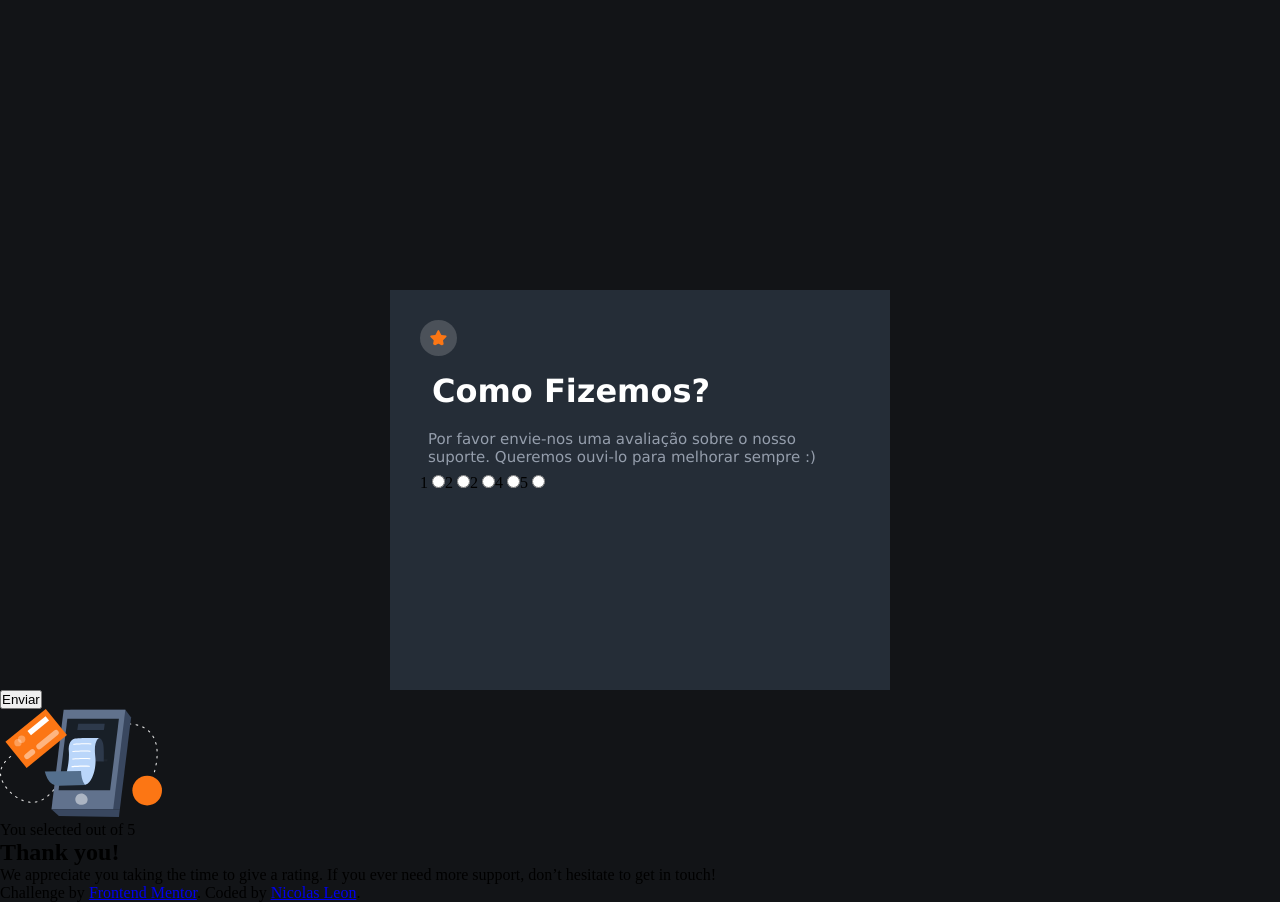
Repository: Leonngc/projeto-avaliacao
Page: index.html
The author's editor kept a copy of each file at every save. The page is drawn from the files as they stood at one save, then again after the next save.
The browser window is 1280 px wide. The pictures show the whole page.

Above is the page before, as saved 2023-01-29 20:42:37.
Console error: SyntaxError: Unexpected token ')'

### index.html
<!DOCTYPE html>
<html lang="pt-br">

<head>
  <meta charset="UTF-8">
  <meta name="viewport" content="width=device-width, initial-scale=1.0">
  <!-- displays site properly based on user's device -->

  <link rel="icon" type="image/png" sizes="32x32" href="./images/favicon-32x32.png">
  <script src="js/index.js" defer></script>

  <title>Frontend Mentor | Interactive rating component</title>

  <link rel="stylesheet" href="styles/style.css">
</head>

<body>

  <!-- Rating state start -->
  <div id="card">
    <img src="images/icon-star.svg" alt="" id="icon">
    <div id="mensage">
      <h1>Como Fizemos?</h1>
      <p>Por favor envie-nos uma avaliação sobre o nosso suporte. Queremos ouvi-lo para melhorar sempre :)</p>
    </div>
    <form id="ratting">
      <div>
        <label for="ratting-one">1</label> <input type="radio" class="ratting-btn" id="ratting-one" name="ratting">
      </div>
      <div>
        <label for="ratting-two">2</label> <input type="radio" class="ratting-btn" id="ratting-two" name="ratting">
      </div>
      <div>
        <label for="ratting-three">2</label> <input type="radio" class="ratting-btn" id="ratting-three" name="ratting">
      </div>
      <div>
        <label for="ratting-four">4</label> <input type="radio" class="ratting-btn" id="ratting-four" name="ratting">
      </div>
      <div>
        <label for="ratting-five">5</label> <input type="radio" class="ratting-btn" id="ratting-five" name="ratting">
      </div>
    </div>
       <input type="submit" value="Enviar" onclick="sent()" id="">
  </form>

  <!-- Rating state end -->

  <!-- Thank you state start -->

  <section id="result-avaliation" class="avaliation-form">
    <div id="thank-image">
      <img src="images/illustration-thank-you.svg" alt="">
    </div>


    <p id="avaliation-user">You selected <!--ratting result --> out of 5</p>
    <h1>Thank you!</h1>
    <p id="thanks-mensage">
      We appreciate you taking the time to give a rating. If you ever need more support,
      don’t hesitate to get in touch!
    </p>
  </section>

  <!-- Thank you state end -->


  <footer class="attribution">
    Challenge by <a href="https://www.frontendmentor.io?ref=challenge" target="_blank">Frontend Mentor</a>.
    Coded by <a href="#">Nicolas Leon</a>.
  </footer>
</body>

</html>

### js/index.js
switch () {
    case value:

        break;

    default:
        break;
}

### styles/style.css
:root {
  --very-dark-blue: hsl(216, 12%, 8%);
  --dark-blue: hsl(213, 19%, 18%);
  --medium-grey: hsl(216, 12%, 54%);
  --light-grey: hsl(217, 12%, 63%);
}

* {
  margin: 0;
  padding: 0;
  box-sizing: border-box;
}

body{
  background-color: var(--very-dark-blue);
}

#card{
  background-color: var(--dark-blue);
  width: 500px;
  height: 400px;
  margin: auto;
  margin-top: 290px;
  padding: 30px;
}

#ratting{
  display: flex;
}

#icon{
  background-color: rgba(211, 211, 211, 0.218);
  padding: 10px;
  border-radius: 50%;
}

#mensage > h1{
  font-family: 'Lucida Sans', 'Lucida Sans Regular', 'Lucida Grande', 'Lucida Sans Unicode', Geneva, Verdana, sans-serif;
  color: white;
  padding: 12px;
}

#mensage > p{
  padding: 8px;
  font-size: 15px;
  font-family: Verdana, Geneva, Tahoma, sans-serif;
  color: var(--light-grey);
}

After the next save:
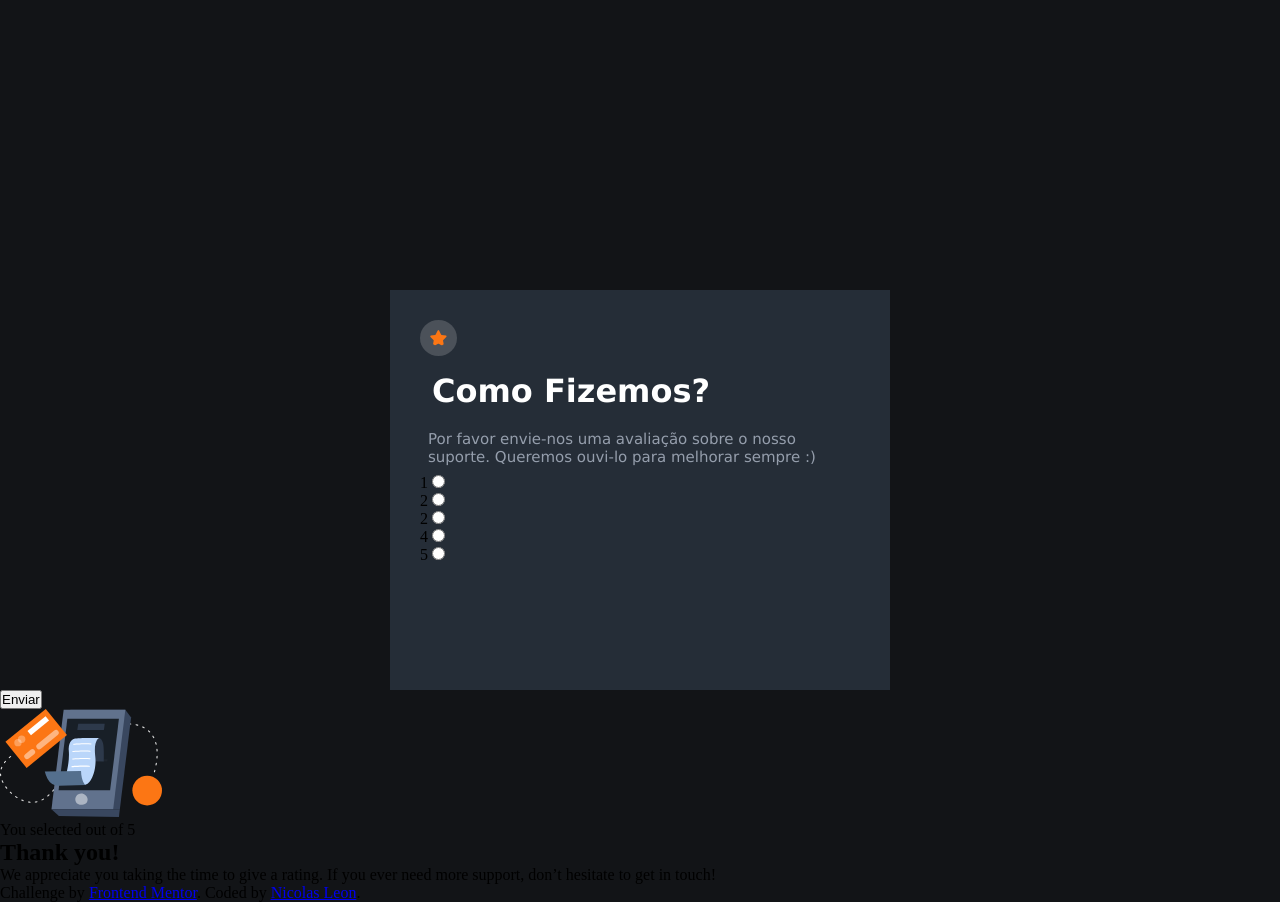
Saved 37 s later.
--- a/index.html
+++ b/index.html
@@ -25,21 +25,23 @@
     </div>
     <form id="ratting">
       <div>
-        <label for="ratting-one">1</label> <input type="radio" class="ratting-btn" id="ratting-one" name="ratting">
+        <div>
+          <label for="ratting-one">1</label> <input type="radio" class="ratting-btn" id="ratting-one" name="ratting">
+        </div>
+        <div>
+          <label for="ratting-two">2</label> <input type="radio" class="ratting-btn" id="ratting-two" name="ratting">
+        </div>
+        <div>
+          <label for="ratting-three">2</label> <input type="radio" class="ratting-btn" id="ratting-three" name="ratting">
+        </div>
+        <div>
+          <label for="ratting-four">4</label> <input type="radio" class="ratting-btn" id="ratting-four" name="ratting">
+        </div>
+        <div>
+          <label for="ratting-five">5</label> <input type="radio" class="ratting-btn" id="ratting-five" name="ratting">
+        </div>
+            </div>
       </div>
-      <div>
-        <label for="ratting-two">2</label> <input type="radio" class="ratting-btn" id="ratting-two" name="ratting">
-      </div>
-      <div>
-        <label for="ratting-three">2</label> <input type="radio" class="ratting-btn" id="ratting-three" name="ratting">
-      </div>
-      <div>
-        <label for="ratting-four">4</label> <input type="radio" class="ratting-btn" id="ratting-four" name="ratting">
-      </div>
-      <div>
-        <label for="ratting-five">5</label> <input type="radio" class="ratting-btn" id="ratting-five" name="ratting">
-      </div>
-    </div>
        <input type="submit" value="Enviar" onclick="sent()" id="">
   </form>
 

After the 3 saves that followed:
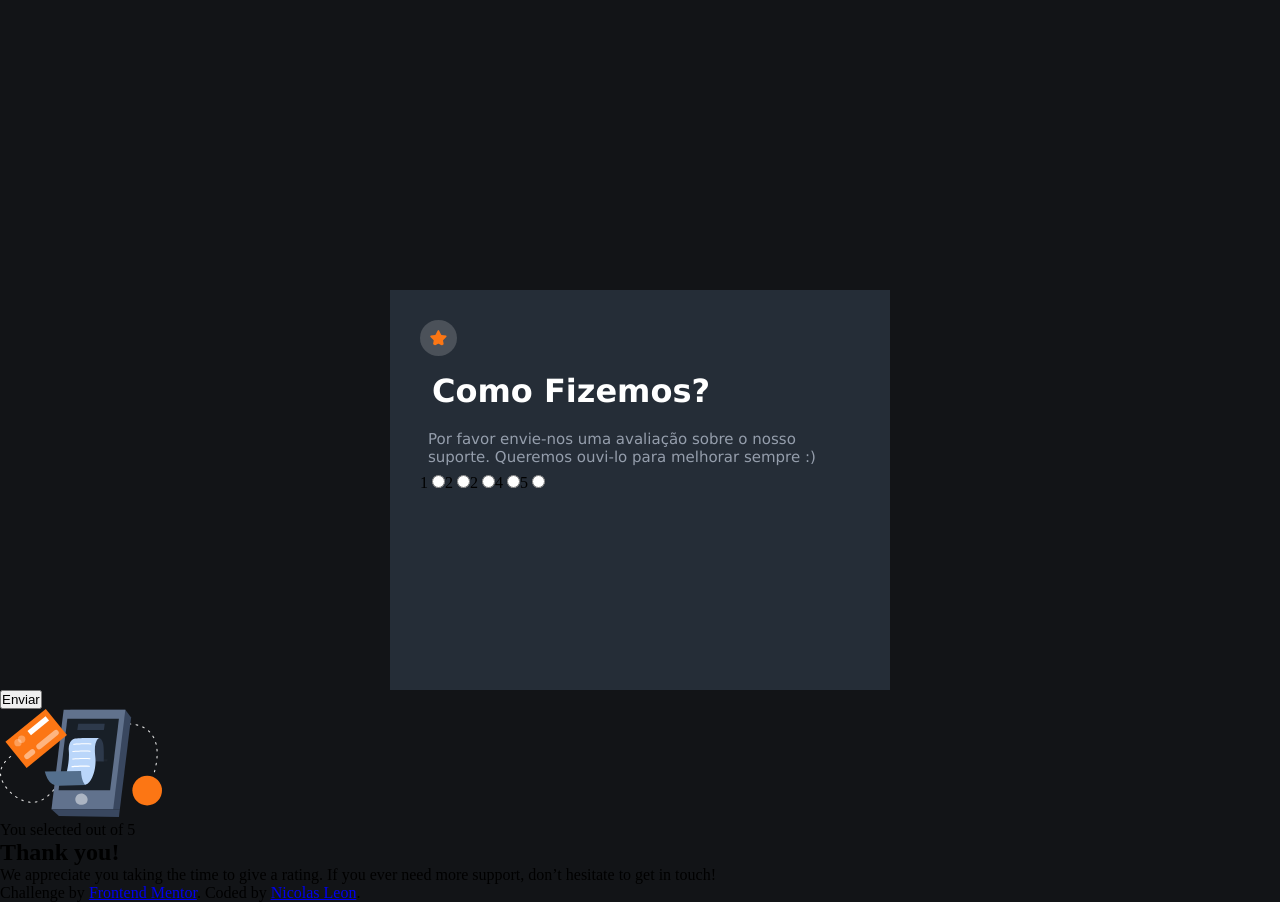
The 3 saves are shown as one change because they came seconds apart.
The last was saved 14 s later.
--- a/index.html
+++ b/index.html
@@ -23,8 +23,8 @@
       <h1>Como Fizemos?</h1>
       <p>Por favor envie-nos uma avaliação sobre o nosso suporte. Queremos ouvi-lo para melhorar sempre :)</p>
     </div>
-    <form id="ratting">
-      <div>
+    <form>
+      <div id="ratting">
         <div>
           <label for="ratting-one">1</label> <input type="radio" class="ratting-btn" id="ratting-one" name="ratting">
         </div>
